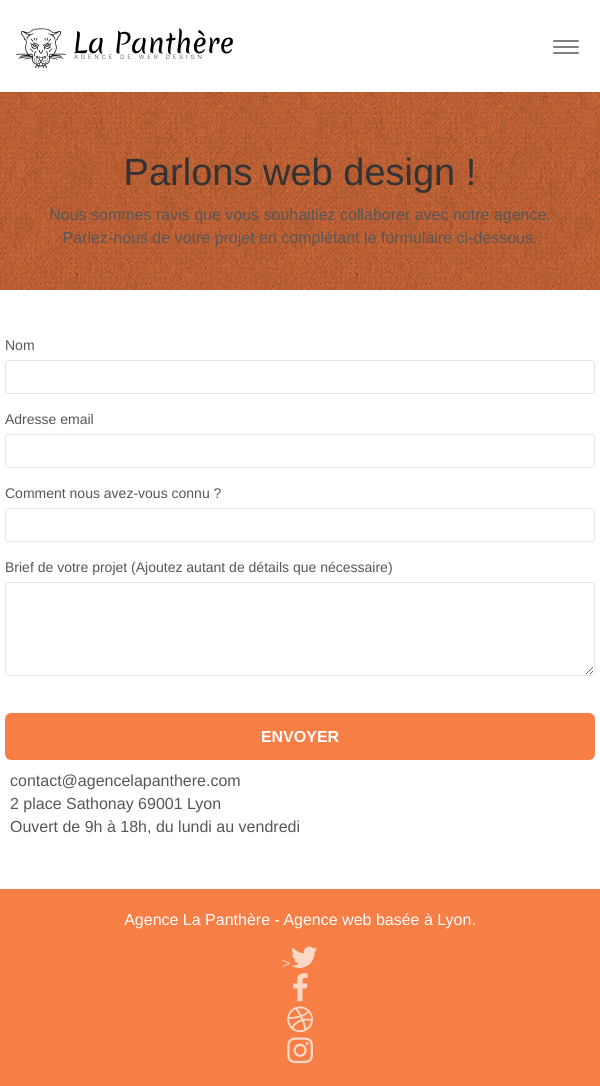
Repository: EtudianteHU/Uyarci_Hilal_4_code_012023
Page: page2.html
An editor plug-in stored every save of this project. The page is shown before and after the next save, followed by the edit.
The browser window is 600 px wide. The pictures show the whole page.

Above is the page before, as saved 2023-02-28 20:15:33.

After the next save:
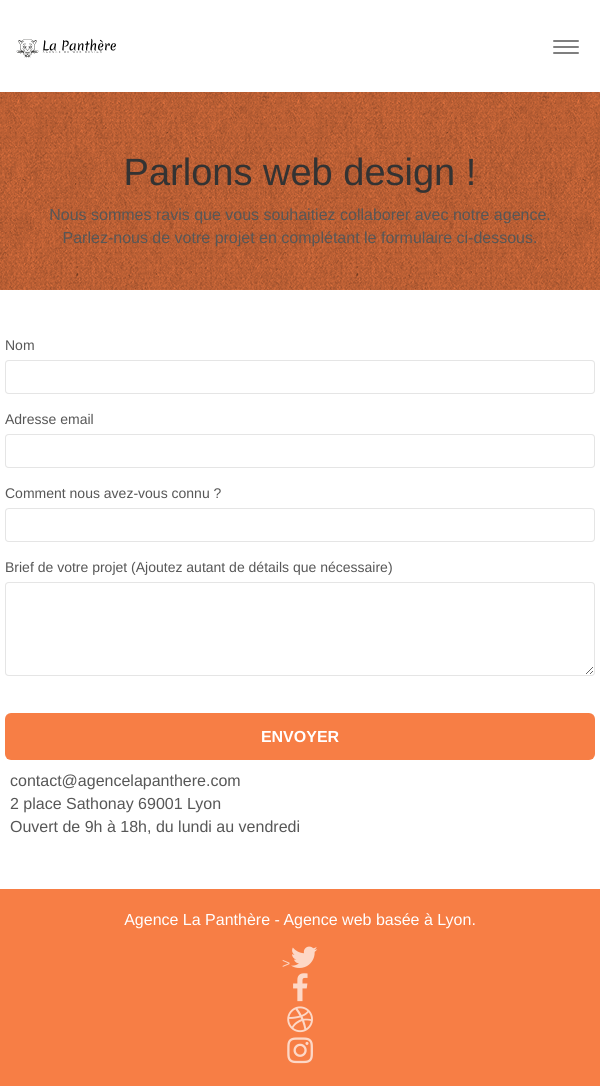
Saved 32 min 4 s later.
--- a/style.css
+++ b/style.css
@@ -971,7 +971,7 @@ h4 {
     }
     .navbar-brand img {
         max-height: 40px;
-        width: auto;
+        width: 40px;
     }
     .nav-invert .navbar-header {
         float: none;
